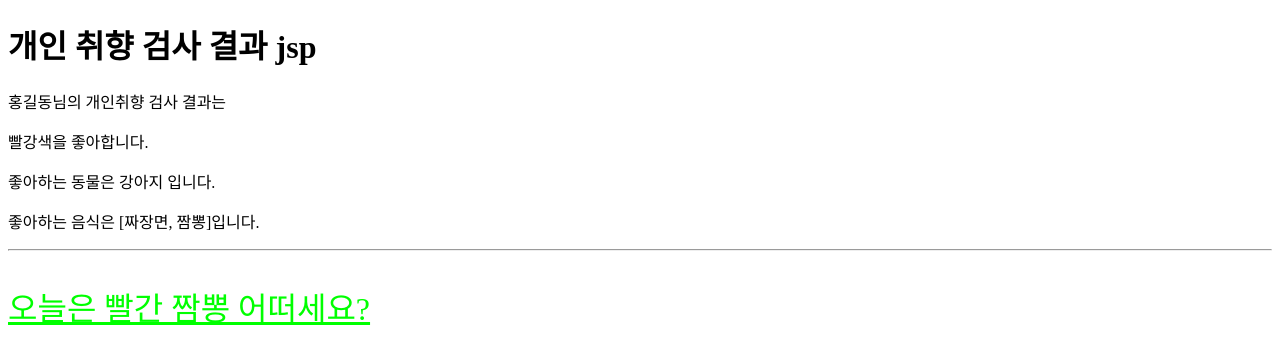
Repository: kianpas/KH_Server
Page: http://localhost/01_helloweb/servlet/testPersonEnd.jsp
These files come from the project's save history. The page is drawn as it stood at one moment and after the next save; the edit follows.
The browser window is 1280 px wide. The pictures show the whole page.
The page is served by Tomcat 9. Other server files are loaded and not shown.

Above is the page before, as saved 2021-03-24 07:51:28.

### 01_helloweb/WebContent/servlet/testPersonEnd.jsp
<%-- jsp 주석
	 jsp : java + html
	  --%>
<%@ page language="java" contentType="text/html; charset=UTF-8"
	pageEncoding="UTF-8"%>
	<%@ page import="java.util.Arrays" %>
	<%
	//jsp scriptlet 자바공간
	System.out.println(123);
	//사용자 입력값 가져오기
	//request, response에 선언없이 접근 가능
	String name = request.getParameter("name");
	String color = request.getParameter("color");
	String animal = request.getParameter("animal");
	String[] foodArr = request.getParameterValues("food");

	//확인용
	System.out.println("name@jsp = " + name);
	System.out.println("color@jsp = " + color);
	System.out.println("animal@jsp = " + animal);
	System.out.println("foodArr@jsp = " + Arrays.toString(foodArr));


	%>
<!DOCTYPE html>
<html>
<head>
<meta charset="UTF-8">
<title>개취 검사 결과</title>
<style>
.recommendation {
	font-size: 2em;
	color: lime;
	text-decoration: underline;
}
</style>
</head>
<body>
</head>
<body>
	<h1>개인 취향 검사 결과 jsp</h1>
	<p>홍길동님의 개인취향 검사 결과는 </p>
	<p>빨강색을 좋아합니다.</p>
	<p>좋아하는 동물은 강아지 입니다.</p>
	<p>좋아하는 음식은 [짜장면, 짬뽕]입니다.</p>
	<hr>
	<p class='recommendation'>오늘은 빨간 짬뽕 어떠세요?</p>
</body>
</html>

After the next save:
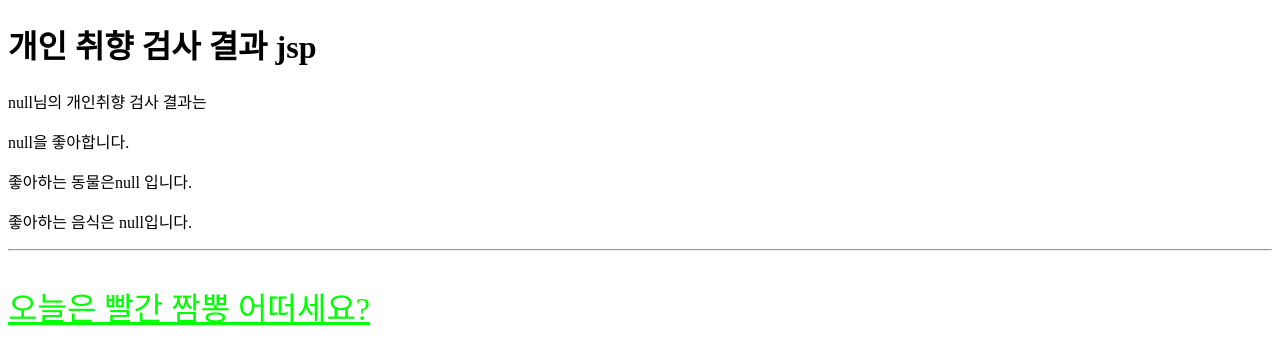
Saved 72 s later.
--- a/01_helloweb/WebContent/servlet/testPersonEnd.jsp
+++ b/01_helloweb/WebContent/servlet/testPersonEnd.jsp
@@ -39,10 +39,10 @@
 </head>
 <body>
 	<h1>개인 취향 검사 결과 jsp</h1>
-	<p>홍길동님의 개인취향 검사 결과는 </p>
-	<p>빨강색을 좋아합니다.</p>
-	<p>좋아하는 동물은 강아지 입니다.</p>
-	<p>좋아하는 음식은 [짜장면, 짬뽕]입니다.</p>
+	<p><%= name %>님의 개인취향 검사 결과는 </p>
+	<p><%= color %>을 좋아합니다.</p>
+	<p>좋아하는 동물은<%= animal %> 입니다.</p>
+	<p>좋아하는 음식은 <%= Arrays.toString(foodArr) %>입니다.</p>
 	<hr>
 	<p class='recommendation'>오늘은 빨간 짬뽕 어떠세요?</p>
 </body>
